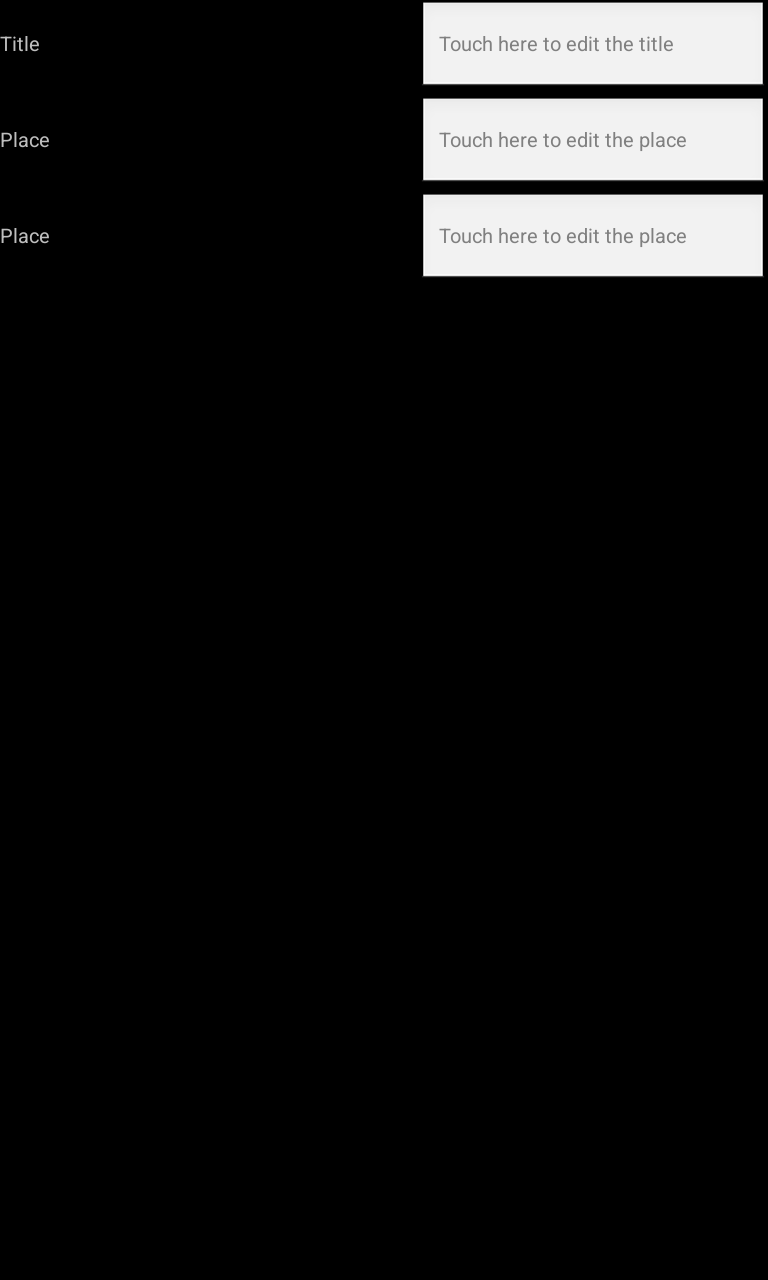
Repository: hilfialkaff/todo
Layout: ToDo_Replica/res/layout/add.xml
The author's editor kept a copy of each file at every save. The layout is drawn from the files as they stood at one save, then again after a run of saves.
It is drawn on a 768 x 1280 px phone screen (xhdpi) without system bars, with theme CustomTheme; the app's code is not run.

Above is the layout before, as saved 2011-03-18 01:33:19.

### ToDo_Replica/res/layout/add.xml
<?xml version="1.0" encoding="utf-8"?>
<LinearLayout xmlns:android="http://schemas.android.com/apk/res/android"
    android:layout_width="fill_parent"
    android:layout_height="fill_parent">
<ScrollView
android:id="@+id/sc_timeline"
android:layout_width="wrap_content"
android:layout_height="wrap_content"
android:scrollbars="vertical"
>
<TableLayout
	android:id="@+id/tl_add"
	android:layout_width="fill_parent"
	android:layout_height="wrap_content"
	android:stretchColumns="0">
	<TableRow
		android:id="@+id/tr_title"
		android:layout_width="fill_parent"
		android:layout_height="wrap_content">
		<TextView
			android:id="@+id/tv_title"
			android:layout_width="wrap_content"
			android:layout_height="wrap_content"
			android:text="Title"
			android:textSize="20px">
		</TextView>
		<EditText
			android:id="@+id/et_title"
			android:layout_width="350px"
			android:layout_height="wrap_content"
			android:hint="Touch here to edit the title"
			android:textSize="20px">
		</EditText>
	</TableRow>
	<TableRow
		android:id="@+id/tr_place"
		android:layout_width="fill_parent"
		android:layout_height="wrap_content">
		<TextView
			android:id="@+id/tv_place"
			android:layout_width="wrap_content"
			android:layout_height="wrap_content"
			android:text="Place"
			android:textSize="20px">
		</TextView>
		<EditText
			android:id="@+id/et_place"
			android:layout_width="350px"
			android:layout_height="wrap_content"
			android:hint="Touch here to edit the place"
			android:textSize="20px">
		</EditText>
	</TableRow>
	<TableRow
		android:id="@+id/tr_place"
		android:layout_width="fill_parent"
		android:layout_height="wrap_content">
		<TextView
			android:id="@+id/tv_place"
			android:layout_width="wrap_content"
			android:layout_height="wrap_content"
			android:text="Place"
			android:textSize="20px">
		</TextView>
		<EditText
			android:id="@+id/et_place"
			android:layout_width="350px"
			android:layout_height="wrap_content"
			android:hint="Touch here to edit the place"
			android:textSize="20px">
		</EditText>
	</TableRow>
	<TableRow
		android:id="@+id/tr_status"
		android:layout_width="fill_parent"
		android:layout_height="wrap_content">
	</TableRow>
</TableLayout>
</ScrollView>
</LinearLayout>

### ToDo_Replica/res/values/custom_style.xml
<?xml version="1.0" encoding="UTF-8"?>
<resources>
    <style name="CustomWindowTitleBackground" parent="android:WindowTitleBackground">
        <item name="android:background">@android:color/transparent</item>
    </style>
    <style name="CustomTheme" parent="android:Theme">
        <item name="android:windowTitleSize">50px</item>
        <item name="android:windowTitleBackgroundStyle">@style/CustomWindowTitleBackground</item>
    </style>
</resources>

After the next 2 saves:
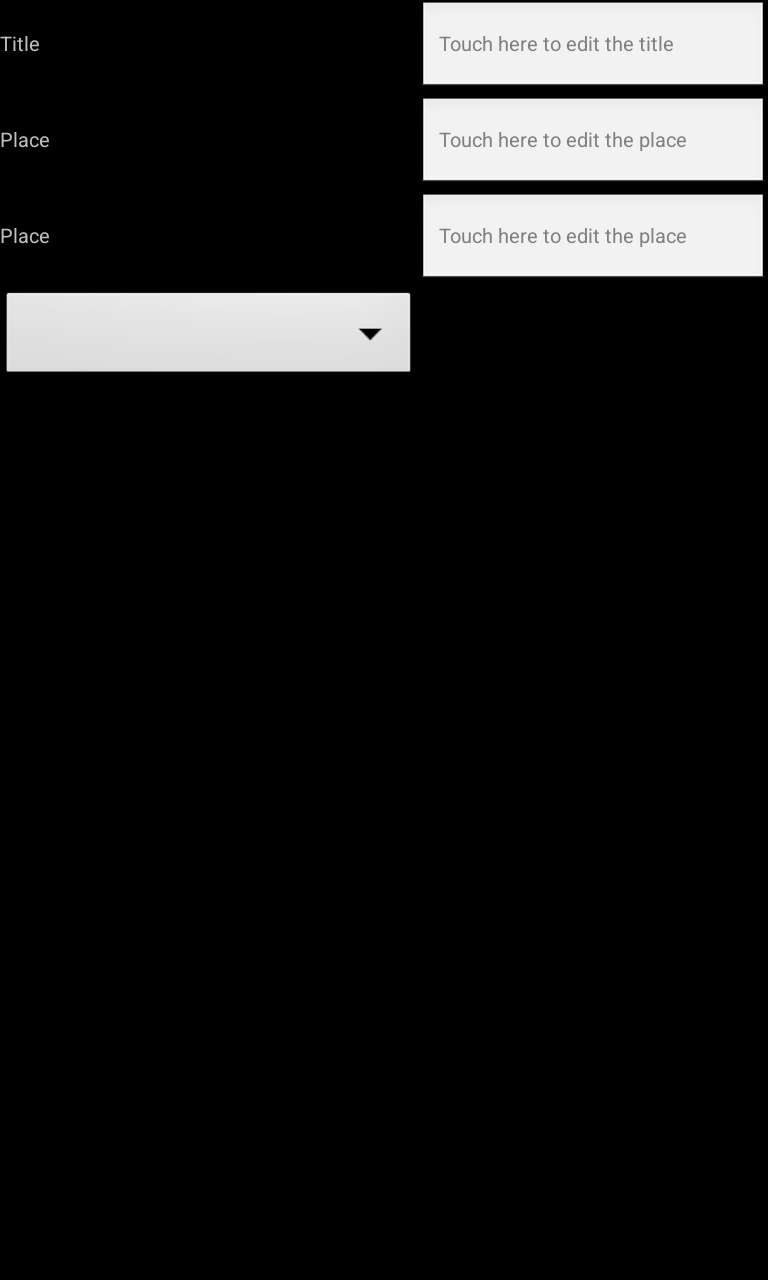
The 2 saves are shown as one change because 1 did not build or start.
The last was saved 53 s later.
--- a/ToDo_Replica/res/layout/add.xml
+++ b/ToDo_Replica/res/layout/add.xml
@@ -74,6 +74,11 @@ android:scrollbars="vertical"
 		android:id="@+id/tr_status"
 		android:layout_width="fill_parent"
 		android:layout_height="wrap_content">
+		<Spinner
+			android:id="@+id/s_status"
+			android:layout_width="wrap_content"
+			android:layout_height="wrap_content">
+		</Spinner>
 	</TableRow>
 </TableLayout>
 </ScrollView>
